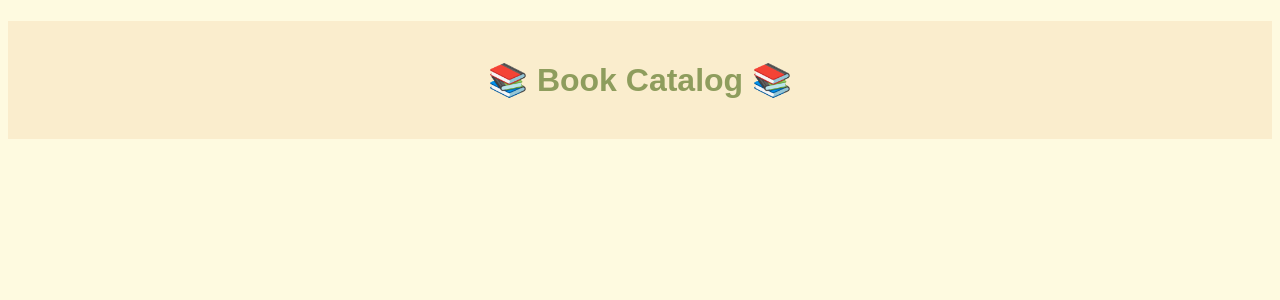
Repository: kaitlynlew/Book-Catalog
Page: /
These files come from the project's save history. The page is drawn as it stood at one moment and after the next save; the edit follows.
The browser window is 1280 px wide. The pictures show the whole page.
The project was rebuilt for these pictures with package versions that can differ from the ones it lists, and the page was loaded fresh each time. Also part of the build but not shown: vite.config.js.

Above is the page before, as saved 2025-09-14 00:11:52.

After the next save:
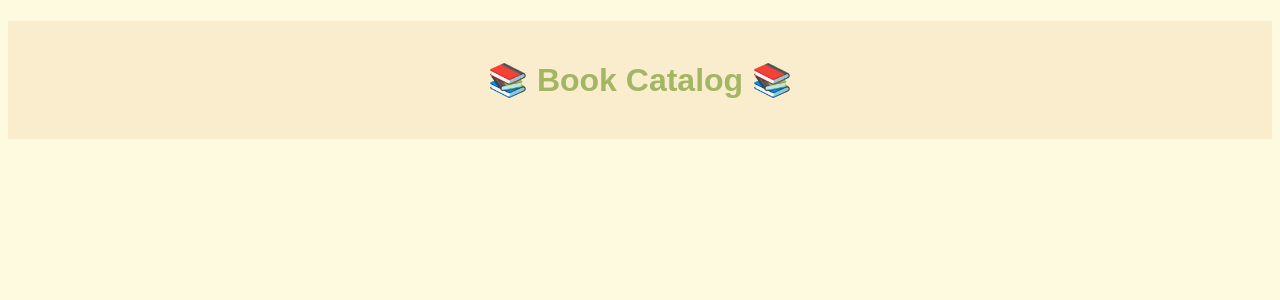
Saved 12 s later.
--- a/src/App.css
+++ b/src/App.css
@@ -5,7 +5,7 @@ body {
 }
 
 h1 {
-  color: #8e9d5d;
+  color: #a2b663;
   text-align: center;
   background-color: #faedcd;
   padding: 40px;
